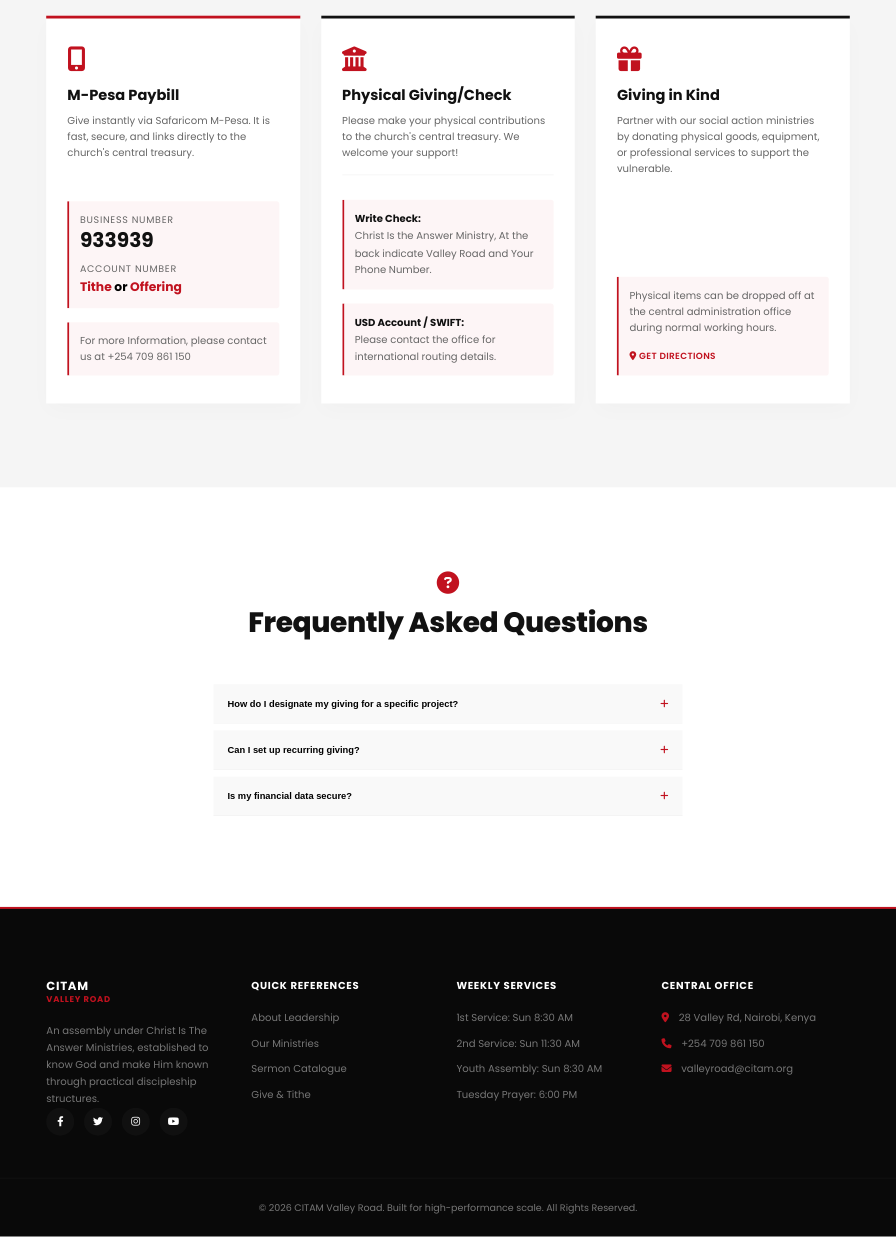
Repository: jereworks/CITAMVRD-Website
Page: give.html
An editor plug-in stored every save of this project. The page is shown before and after a run of saves, followed by the edit.
The browser window is 1280 px wide. The pictures show the part of the page from y = 798 to 2718 px (the page is 2565 px tall before and 2749 px after), at 70% of full size.

Above is the page before, as saved 2026-06-12 07:49:33.

### give.html
<!DOCTYPE html>
<html lang="en">
<head>
    <meta charset="UTF-8">
    <meta name="viewport" content="width=device-width, initial-scale=1.0">
    <meta name="description" content="Support the ministry at CITAM Valley Road through your tithes, offerings, and partnership. Find our M-Pesa Paybill, Bank details, and other giving methods.">
    <title>Give & Partner | CITAM Valley Road</title>

    <link rel="preconnect" href="https://fonts.googleapis.com">
    <link rel="preconnect" href="https://fonts.gstatic.com" crossorigin>
    <link href="https://fonts.googleapis.com/css2?family=Poppins:wght@300;400;500;600;700;800&display=swap" rel="stylesheet">
    <link rel="stylesheet" href="https://cdnjs.cloudflare.com/ajax/libs/font-awesome/6.4.0/css/all.min.css">

    <link rel="stylesheet" href="css/style.css">
</head>
<body>

    <div class="top-bar">
        <div class="container top-bar-flex">
            <div class="top-info">
                <span><i class="fas fa-phone-alt"></i> +254 709 861 150</span>
                <span><i class="fas fa-envelope"></i> valleyroad@citam.org</span>
                <span><i class="fas fa-map-marker-alt"></i> 28 Valley Rd, Nairobi, Kenya</span>
            </div>
            <div class="top-social">
                <a href="https://www.facebook.com/citamvrdke" target="_blank" aria-label="Facebook"><i class="fab fa-facebook-f"></i></a>
                <a href="https://x.com/CitamVrdKE" aria-label="Twitter"><i class="fab fa-twitter"></i></a>
                <a href="https://www.instagram.com/citamvrdke/" aria-label="Instagram"><i class="fab fa-instagram"></i></a>
                <a href="https://www.youtube.com/@CITAMValleyRoadNPC" aria-label="YouTube"><i class="fab fa-youtube"></i></a>
            </div>
        </div>
    </div>

    <header class="header" id="header">
        <div class="container nav-container">

            <a href="index.html" class="logo" aria-label="CITAM Valley Road Home" style="display: flex; align-items: center; gap: 15px; text-decoration: none;">
                <img src="images/CITAMLOGO.svg" alt="CITAM Logo" style="height: 70px; width: auto; display: block;">

                <div style="display: flex; flex-direction: column; justify-content: center;">
                    <span style="font-size: 2.2rem; font-weight: 800; color: #ffffff; line-height: 0.85; letter-spacing: 2px;">
                        CITAM
                    </span>
                    <span style="font-size: 0.7rem; font-weight: 400; color: #ffffff; line-height: 1; margin-top: 6px; text-transform: uppercase; width: 100%; text-align-last: justify;">
                        Valley Road
                    </span>
                </div>
            </a>

            <nav class="nav-menu" id="nav-menu" aria-label="Main Navigation">
                <ul class="nav-list">
                    <li><a href="index.html">Home</a></li>
                    <li><a href="about.html">About Us</a></li>
                    <li><a href="ministries.html">Ministries</a></li>
                    <li><a href="sermons.html">Sermons</a></li>
                    <li><a href="events.html">Events</a></li>
                    <li><a href="gallery.html">Gallery</a></li>
                    <li><a href="contact.html">Contact</a></li>
                </ul>
            </nav>

            <div class="nav-actions">
                <a href="give.html" class="btn btn-primary btn-nav active">Give / Tithe</a>
                <button class="hamburger" id="hamburger" aria-expanded="false" aria-label="Toggle navigation menu">
                    <i class="fas fa-bars"></i>
                </button>
            </div>
        </div>
    </header>

    <section class="about-hero-banner" style="background: linear-gradient(rgba(17, 17, 17, 0.85), rgba(17, 17, 17, 0.85)), url('https://images.unsplash.com/photo-1529070538774-1843cb3265df?auto=format&fit=crop&w=1920&q=80') no-repeat center center/cover;">
        <div class="container text-center">
            <span class="hero-pre-tag animate-on-scroll reveal-up">Worship & Partner</span>
            <h1 class="animate-on-scroll reveal-up delay-1">Giving & Tithes</h1>
            <p class="hero-subtext animate-on-scroll reveal-up delay-2">Honoring God through our resources to advance the Kingdom, support our community, and impact the world.</p>
        </div>
    </section>

    <section class="section bg-light">
        <div class="container">
            <div class="text-center mb-4">
                <span class="section-subtitle text-primary">Secure Transfer Ecosystems</span>
                <h2 class="section-title">Ways to Give</h2>
                <p class="max-width-text">Select a convenient, secure method to channel your tithes, offerings, and special project partnerships.</p>
            </div>

            <div class="grid-3 mt-4">

                <div class="identity-box card-vision animate-on-scroll reveal-up" style="display: flex; flex-direction: column;">
                    <div style="overflow: visible;">
                        <i class="fas fa-mobile-alt icon-lead text-primary"></i>
                    </div>
                    <h3>M-Pesa Paybill</h3>
                    <p style="flex-grow: 1;">Give instantly via Safaricom M-Pesa. It is fast, secure, and links directly to the church's central treasury.</p>

                    <div style="background: rgba(193, 18, 31, 0.04); border-left: 3px solid var(--primary); padding: 15px; margin-top: 20px; border-radius: 0 4px 4px 0;">
                        <span style="display: block; font-size: 0.85rem; color: var(--text-muted); text-transform: uppercase; letter-spacing: 1px;">Business Number</span>
                        <strong style="display: block; font-size: 1.8rem; color: var(--dark); line-height: 1.2;">933939</strong>

                        <span style="display: block; font-size: 0.85rem; color: var(--text-muted); text-transform: uppercase; letter-spacing: 1px; margin-top: 12px;">Account Number</span>
                        <strong style="display: block; font-size: 1.1rem; color: var(--primary);">Tithe <span style="color: #000000;">or</span> Offering</strong>
                    </div>

                    <div style="background: rgba(193, 18, 31, 0.04); border-left: 3px solid var(--primary); padding: 15px; margin-top: 20px; border-radius: 0 4px 4px 0;">
                        <p style="flex-grow: 1;">For more Information, please contact us at +254 709 861 150</p>
                    </div>

                </div>

                <div class="identity-box animate-on-scroll reveal-up delay-1" style="display: flex; flex-direction: column;">
                    <div style="overflow: visible;">
                        <i class="fas fa-university icon-lead text-primary"></i>
                    </div>
                    <h3>Physical Giving/Check</h3>
                    <p style="flex-grow: 1;">Please make your physical contributions to the church's central treasury. We welcome your support!</p>

                    <div style="border-top: 1px solid rgba(0,0,0,0.05); padding-top: 15px; margin-top: 20px;">
                        <ul style="list-style: none; font-size: 0.9rem;">
                            <li style="background: rgba(193, 18, 31, 0.04); border-left: 3px solid var(--primary); padding: 15px; margin-top: 20px; border-radius: 0 4px 4px 0;">
                                <strong style="color: var(--dark); display: block;">Write Check:</strong>
                                Christ Is the Answer Ministry, At the back indicate Valley Road and Your Phone Number.
                            </li>

                            <li style="background: rgba(193, 18, 31, 0.04); border-left: 3px solid var(--primary); padding: 15px; margin-top: 20px; border-radius: 0 4px 4px 0;">
                                <strong style="color: var(--dark); display: block;">USD Account / SWIFT:</strong>
                                Please contact the office for international routing details.
                            </li>
                        </ul>
                    </div>
                </div>

                <div class="identity-box animate-on-scroll reveal-up delay-2" style="display: flex; flex-direction: column;">
                    <div style="overflow: visible;">
                        <i class="fas fa-gift icon-lead text-primary"></i>
                    </div>
                    <h3>Giving in Kind</h3>
                    <p style="flex-grow: 1;">Partner with our social action ministries by donating physical goods, equipment, or professional services to support the vulnerable.</p>

                    <div style="background: rgba(193, 18, 31, 0.04); border-left: 3px solid var(--primary); padding: 15px; margin-top: 20px; border-radius: 0 4px 4px 0;">
                        <p style="font-size: 0.9rem; margin-bottom: 15px;">Physical items can be dropped off at the central administration office during normal working hours.</p>
                        <a href="contact.html" class="action-link" style="color: var(--primary);"><i class="fas fa-map-marker-alt"></i> Get Directions</a>
                    </div>

                </div>

            </div>
        </div>
    </section>

    <section class="section bg-white">
        <div class="container max-width-text">
            <div class="text-center mb-4">
                <i class="fas fa-question-circle text-primary" style="font-size: 2rem; margin-bottom: 15px;"></i>
                <h2 class="section-title">Frequently Asked Questions</h2>
            </div>

            <div class="accordion-container animate-on-scroll reveal-up">

                <div class="accordion-item">
                    <button class="accordion-header" aria-expanded="false">
                        <span>How do I designate my giving for a specific project?</span>
                        <i class="fas fa-plus text-primary transition-smooth"></i>
                    </button>
                    <div class="accordion-content">
                        <p style="padding: 15px 0;">When using M-Pesa, you can indicate the specific project name in the <strong>Account Number</strong> field (e.g., "Building Fund", "Missions", or "Welfare"). For Bank Transfers, please include the designation in your transfer reference notes.</p>
                    </div>
                </div>

                <div class="accordion-item">
                    <button class="accordion-header" aria-expanded="false">
                        <span>Can I set up recurring giving?</span>
                        <i class="fas fa-plus text-primary transition-smooth"></i>
                    </button>
                    <div class="accordion-content">
                        <p style="padding: 15px 0;">Yes. We highly encourage setting up a Standing Order with your bank. This automates your tithes and regular offerings, ensuring consistency. You can use the bank details provided above to set this up with your branch.</p>
                    </div>
                </div>

                <div class="accordion-item">
                    <button class="accordion-header" aria-expanded="false">
                        <span>Is my financial data secure?</span>
                        <i class="fas fa-plus text-primary transition-smooth"></i>
                    </button>
                    <div class="accordion-content">
                        <p style="padding: 15px 0;">Absolutely. All digital transactions are processed directly through Safaricom and our partnered commercial banks. CITAM Valley Road does not intercept, store, or process your direct banking passwords or PINs.</p>
                    </div>
                </div>

            </div>
        </div>
    </section>

    <footer class="footer">
        <div class="container grid-4">
            <div class="footer-col">
                <h3>CITAM<span>Valley Road</span></h3>
                <p>An assembly under Christ Is The Answer Ministries, established to know God and make Him known through practical discipleship structures.</p>
                <div class="social-links">
                    <a href="https://www.facebook.com/citamvrdke" target="_blank" rel="noopener noreferrer" aria-label="Facebook"><i class="fab fa-facebook-f"></i></a>
                    <a href="https://x.com/CitamVrdKE" target="_blank" rel="noopener noreferrer" aria-label="Twitter"><i class="fab fa-twitter"></i></a>
                    <a href="https://www.instagram.com/citamvrdke/" target="_blank" rel="noopener noreferrer" aria-label="Instagram"><i class="fab fa-instagram"></i></a>
                    <a href="https://www.youtube.com/@CITAMValleyRoadNPC" target="_blank" rel="noopener noreferrer" aria-label="YouTube"><i class="fab fa-youtube"></i></a>
                </div>
            </div>
            <div class="footer-col">
                <h4>Quick References</h4>
                <ul>
                    <li><a href="about.html">About Leadership</a></li>
                    <li><a href="ministries.html">Our Ministries</a></li>
                    <li><a href="sermons.html">Sermon Catalogue</a></li>
                    <li><a href="give.html">Give & Tithe</a></li>
                </ul>
            </div>
            <div class="footer-col">
                <h4>Weekly Services</h4>
                <ul>
                    <li>1st Service: Sun 8:30 AM</li>
                    <li>2nd Service: Sun 11:30 AM</li>
                    <li>Youth Assembly: Sun 8:30 AM</li>
                    <li>Tuesday Prayer: 6:00 PM</li>
                </ul>
            </div>
            <div class="footer-col">
                <h4>Central Office</h4>
                <ul>
                    <li><i class="fas fa-map-marker-alt"></i> 28 Valley Rd, Nairobi, Kenya</li>
                    <li><i class="fas fa-phone"></i> +254 709 861 150</li>
                    <li><i class="fas fa-envelope"></i> valleyroad@citam.org</li>
                </ul>
            </div>
        </div>
        <div class="footer-bottom text-center">
            <p>© 2026 CITAM Valley Road. Built for high-performance scale. All Rights Reserved.</p>
        </div>
    </footer>

    <script>
        document.addEventListener('DOMContentLoaded', () => {

            // 1. Sticky Header Intersection
            const header = document.getElementById('header');
            window.addEventListener('scroll', () => {
                if (window.scrollY > 50) {
                    header.classList.add('scrolled');
                } else {
                    header.classList.remove('scrolled');
                }
            });

            // 2. Mobile Nav Toggle
            const hamburger = document.getElementById('hamburger');
            const navMenu = document.getElementById('nav-menu');
            hamburger.addEventListener('click', () => {
                navMenu.classList.toggle('show');
                const isExpanded = hamburger.getAttribute('aria-expanded') === 'true';
                hamburger.setAttribute('aria-expanded', !isExpanded);
            });

            // 3. Cinematic Scroll Reveal via IntersectionObserver
            const observerOptions = {
                root: null,
                rootMargin: '0px',
                threshold: 0.15
            };

            const revealObserver = new IntersectionObserver((entries, observer) => {
                entries.forEach(entry => {
                    if (entry.isIntersecting) {
                        entry.target.classList.add('active');
                        observer.unobserve(entry.target);
                    }
                });
            }, observerOptions);

            const animatableElements = document.querySelectorAll('.animate-on-scroll');
            animatableElements.forEach(el => revealObserver.observe(el));

            // 4. Accordion Logic (Scalable UI Pattern)
            const accordionHeaders = document.querySelectorAll('.accordion-header');

            accordionHeaders.forEach(header => {
                header.addEventListener('click', function() {
                    const content = this.nextElementSibling;
                    const icon = this.querySelector('i');
                    const isOpen = content.style.maxHeight;

                    // Close all other accordions
                    document.querySelectorAll('.accordion-content').forEach(item => {
                        item.style.maxHeight = null;
                    });
                    document.querySelectorAll('.accordion-header i').forEach(item => {
                        item.classList.remove('fa-minus');
                        item.classList.add('fa-plus');
                    });
                    document.querySelectorAll('.accordion-header').forEach(item => {
                        item.setAttribute('aria-expanded', 'false');
                    });

                    // Open clicked if it was closed
                    if (!isOpen) {
                        content.style.maxHeight = content.scrollHeight + "px";
                        icon.classList.remove('fa-plus');
                        icon.classList.add('fa-minus');
                        this.setAttribute('aria-expanded', 'true');
                    }
                });
            });
        });
    </script>
</body>
</html>

Loaded but not shown: css/style.css (1641 lines, source omitted)

After the next 2 saves:
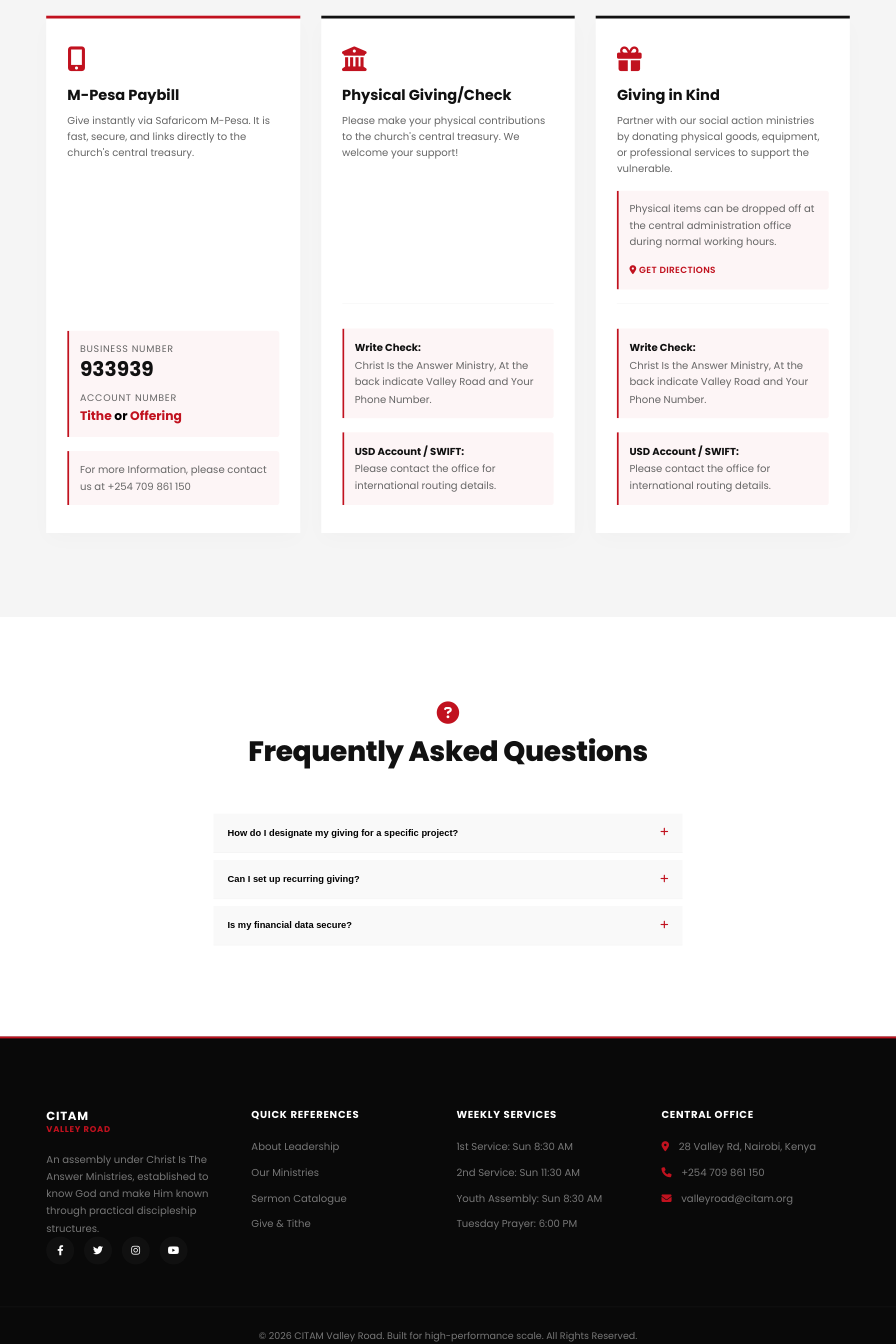
The 2 saves are shown as one change because they came seconds apart.
The last was saved 96 s later.
--- a/give.html
+++ b/give.html
@@ -139,6 +139,20 @@
                     <div style="background: rgba(193, 18, 31, 0.04); border-left: 3px solid var(--primary); padding: 15px; margin-top: 20px; border-radius: 0 4px 4px 0;">
                         <p style="font-size: 0.9rem; margin-bottom: 15px;">Physical items can be dropped off at the central administration office during normal working hours.</p>
                         <a href="contact.html" class="action-link" style="color: var(--primary);"><i class="fas fa-map-marker-alt"></i> Get Directions</a>
+                    </div>
+
+                    <div style="border-top: 1px solid rgba(0,0,0,0.05); padding-top: 15px; margin-top: 20px;">
+                        <ul style="list-style: none; font-size: 0.9rem;">
+                            <li style="background: rgba(193, 18, 31, 0.04); border-left: 3px solid var(--primary); padding: 15px; margin-top: 20px; border-radius: 0 4px 4px 0;">
+                                <strong style="color: var(--dark); display: block;">Write Check:</strong>
+                                Christ Is the Answer Ministry, At the back indicate Valley Road and Your Phone Number.
+                            </li>
+
+                            <li style="background: rgba(193, 18, 31, 0.04); border-left: 3px solid var(--primary); padding: 15px; margin-top: 20px; border-radius: 0 4px 4px 0;">
+                                <strong style="color: var(--dark); display: block;">USD Account / SWIFT:</strong>
+                                Please contact the office for international routing details.
+                            </li>
+                        </ul>
                     </div>
 
                 </div>

After the save that followed:
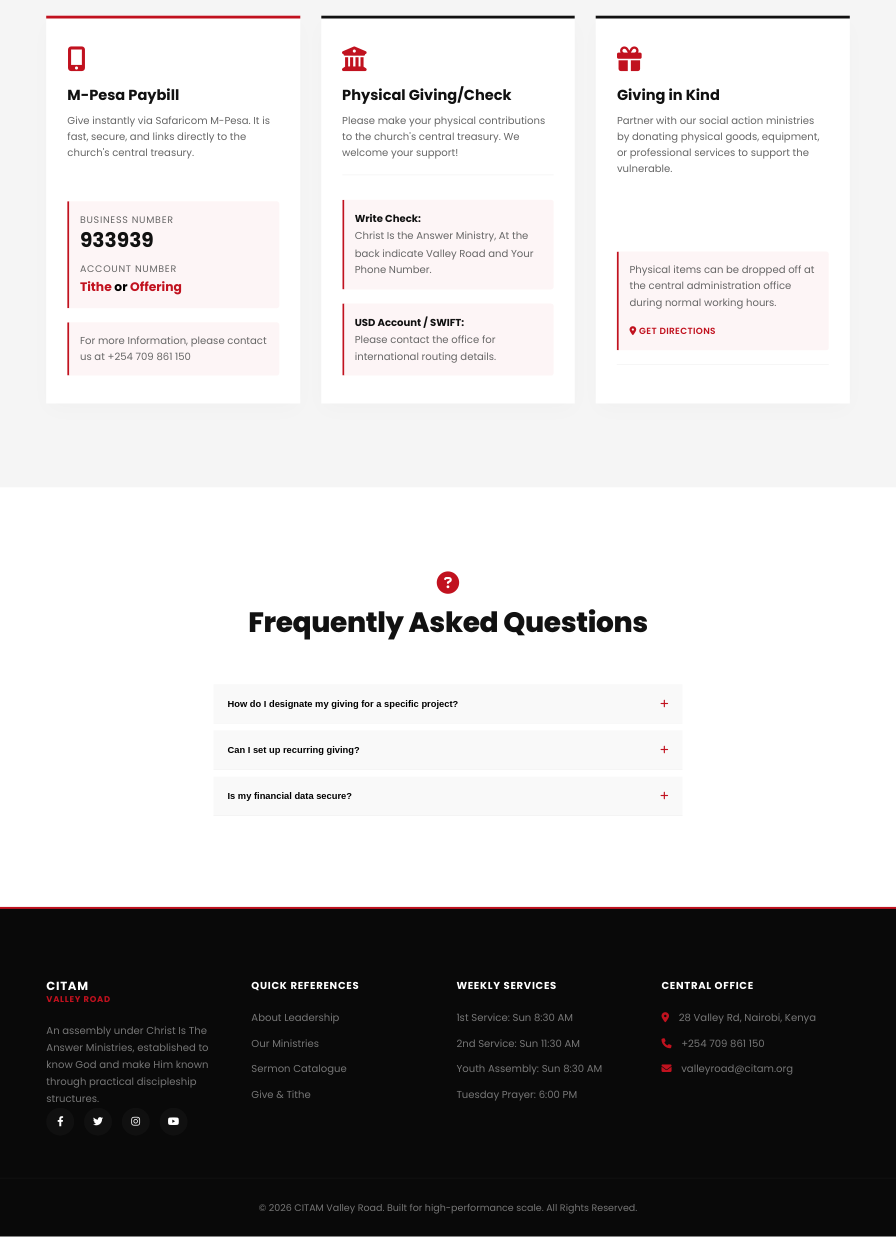
Saved 21 s later.
--- a/give.html
+++ b/give.html
@@ -142,17 +142,7 @@
                     </div>
 
                     <div style="border-top: 1px solid rgba(0,0,0,0.05); padding-top: 15px; margin-top: 20px;">
-                        <ul style="list-style: none; font-size: 0.9rem;">
-                            <li style="background: rgba(193, 18, 31, 0.04); border-left: 3px solid var(--primary); padding: 15px; margin-top: 20px; border-radius: 0 4px 4px 0;">
-                                <strong style="color: var(--dark); display: block;">Write Check:</strong>
-                                Christ Is the Answer Ministry, At the back indicate Valley Road and Your Phone Number.
-                            </li>
-
-                            <li style="background: rgba(193, 18, 31, 0.04); border-left: 3px solid var(--primary); padding: 15px; margin-top: 20px; border-radius: 0 4px 4px 0;">
-                                <strong style="color: var(--dark); display: block;">USD Account / SWIFT:</strong>
-                                Please contact the office for international routing details.
-                            </li>
-                        </ul>
+
                     </div>
 
                 </div>
